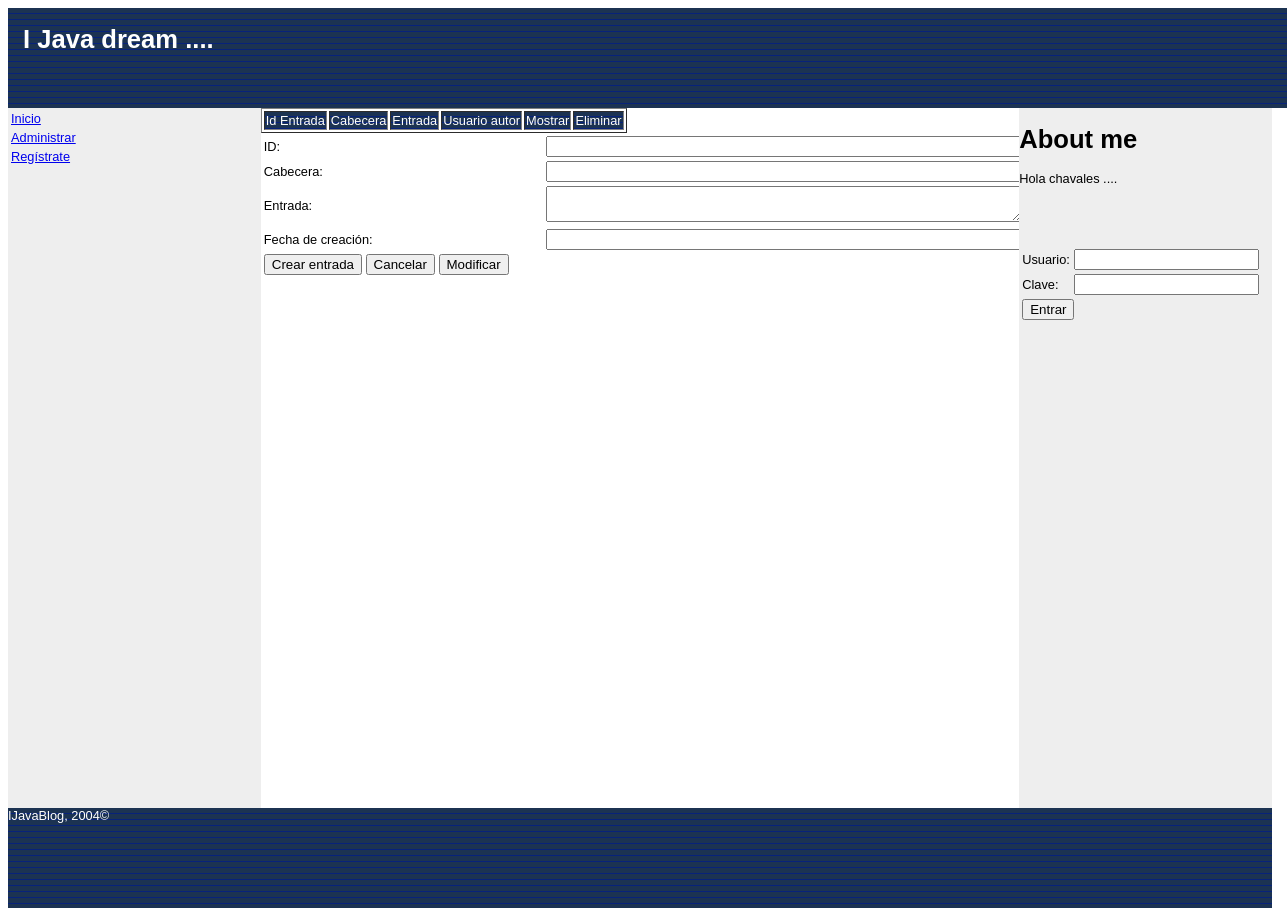
Repository: alruis/IJavaDreamBlog
Page: http://localhost/IJavaBlog/jsp/blog/inicio.jsp
An editor plug-in stored every save of this project. The page is shown before and after the next save, followed by the edit.
The browser window is 1280 px wide. The page is 1287 px wide, so the pictures cover 1287 px, including what lies to the right of the window. The pictures show the whole page.
The page is served by Tomcat 9. Nobody is signed in. The application's start-up code is not run. The template is opened directly, without the code that normally fills it, so the values that code supplies are empty.

Above is the page before, as saved 2014-09-26 14:21:02.
Console error: ReferenceError: init is not defined

After the next save:
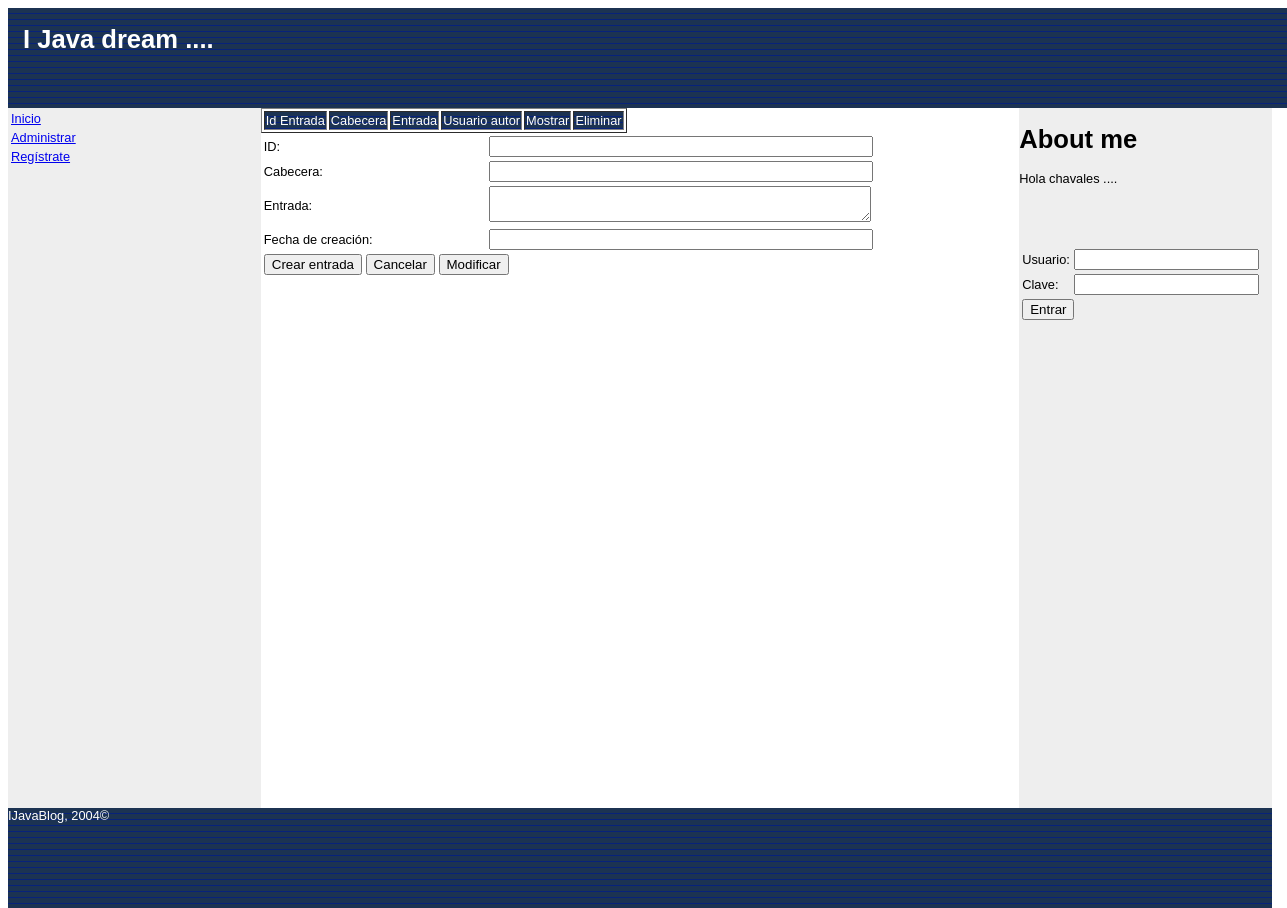
Saved 71 s later.
--- a/IJavaBlog/WebContent/jsp/blog/inicio.jsp
+++ b/IJavaBlog/WebContent/jsp/blog/inicio.jsp
@@ -103,7 +103,7 @@
 
 	<!--   <h1>Crear entrada</h1> -->
 	<form:form action="agregarEntrada.blog" commandName="entradaForm" method="post">
-		<table style="width: 100%;">
+		<table style="width: 80%;">
 		<tr>
 				<td>ID:</td>
 				<td><form:input path="idEntrada" readonly="true" cssStyle="width:100%"/> </td>
